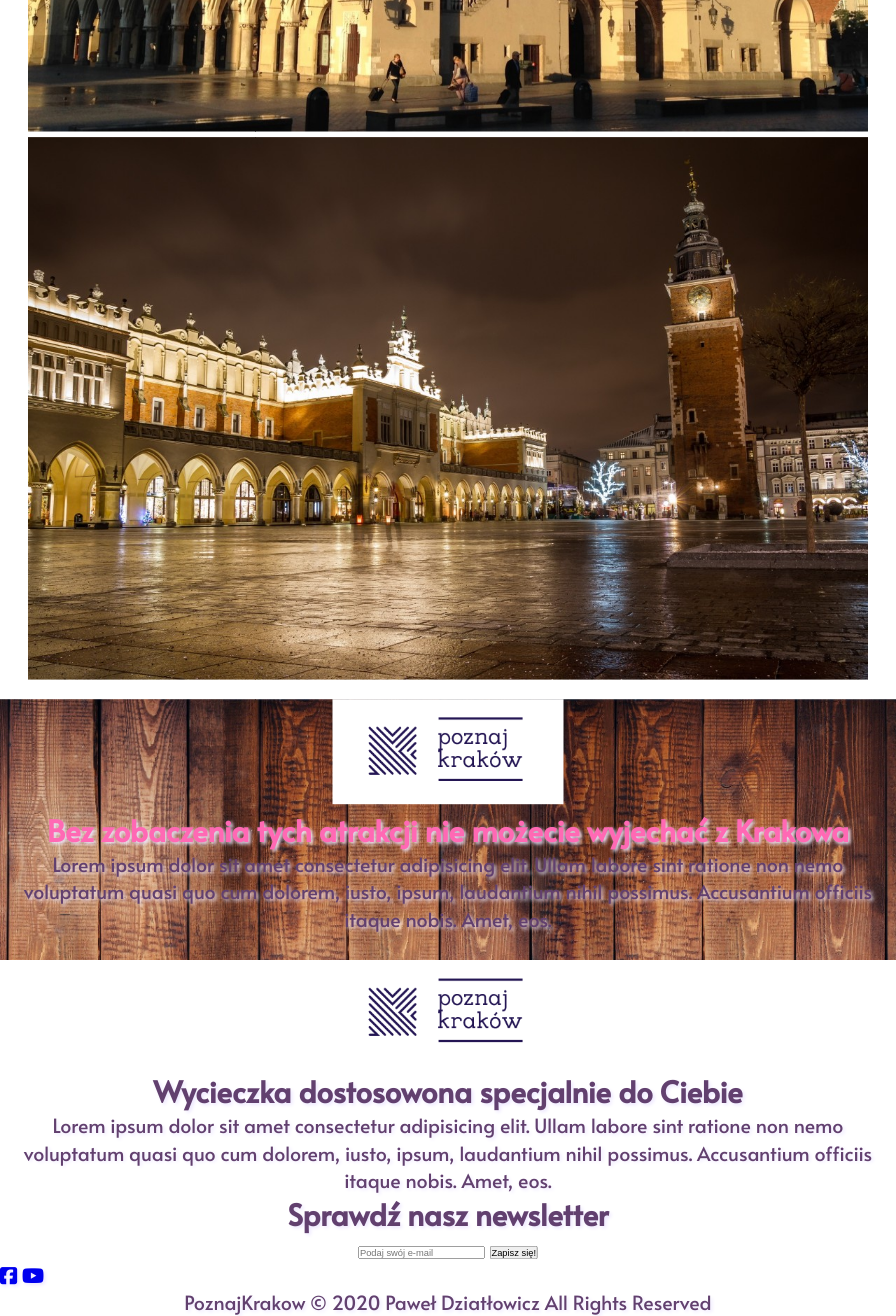
Repository: DZIALEK/projekt1
Page: projekt1.html
These files come from the project's save history. The page is drawn as it stood at one moment and after the next save; the edit follows.
The browser window is 1280 px wide. The pictures show the part of the page from y = 2787 to 4707 px (the page is 4667 px tall before and 4707 px after), at 70% of full size.
Some icons come from a web library that is not loaded, so they are not drawn. A picture or video elsewhere on the page could not be fetched, so the positions and the page height are approximate. Some web libraries are served in a nearby version.

Above is the page before, as saved 2020-07-15 00:30:29.

After the next save:
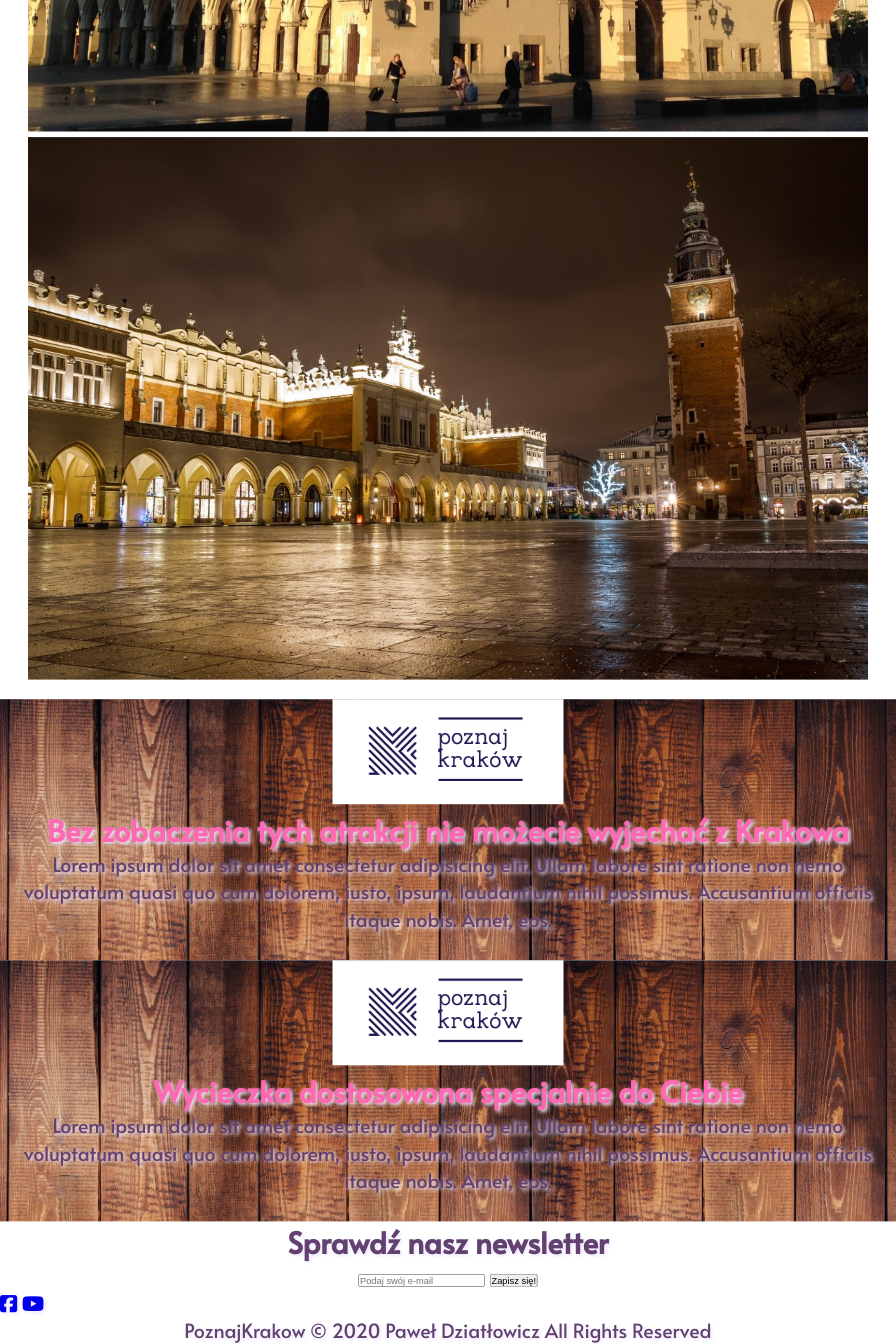
Saved 112 s later.
--- a/projekt1.css
+++ b/projekt1.css
@@ -149,3 +149,23 @@ nav a:hover {
 .section-best p {
     padding-bottom: 40px;
 }
+
+.section-best2 {
+    position: relative;
+    margin: 0px auto;
+    background-image: url(/dodatki/bg1.jpg);
+    background-size: cover;
+}
+
+.section-best2-img {
+    width: 200%;
+}
+
+
+.section-best2 h2 {
+    color: hotpink;
+}
+
+.section-best2 p {
+    padding-bottom: 40px;
+}
